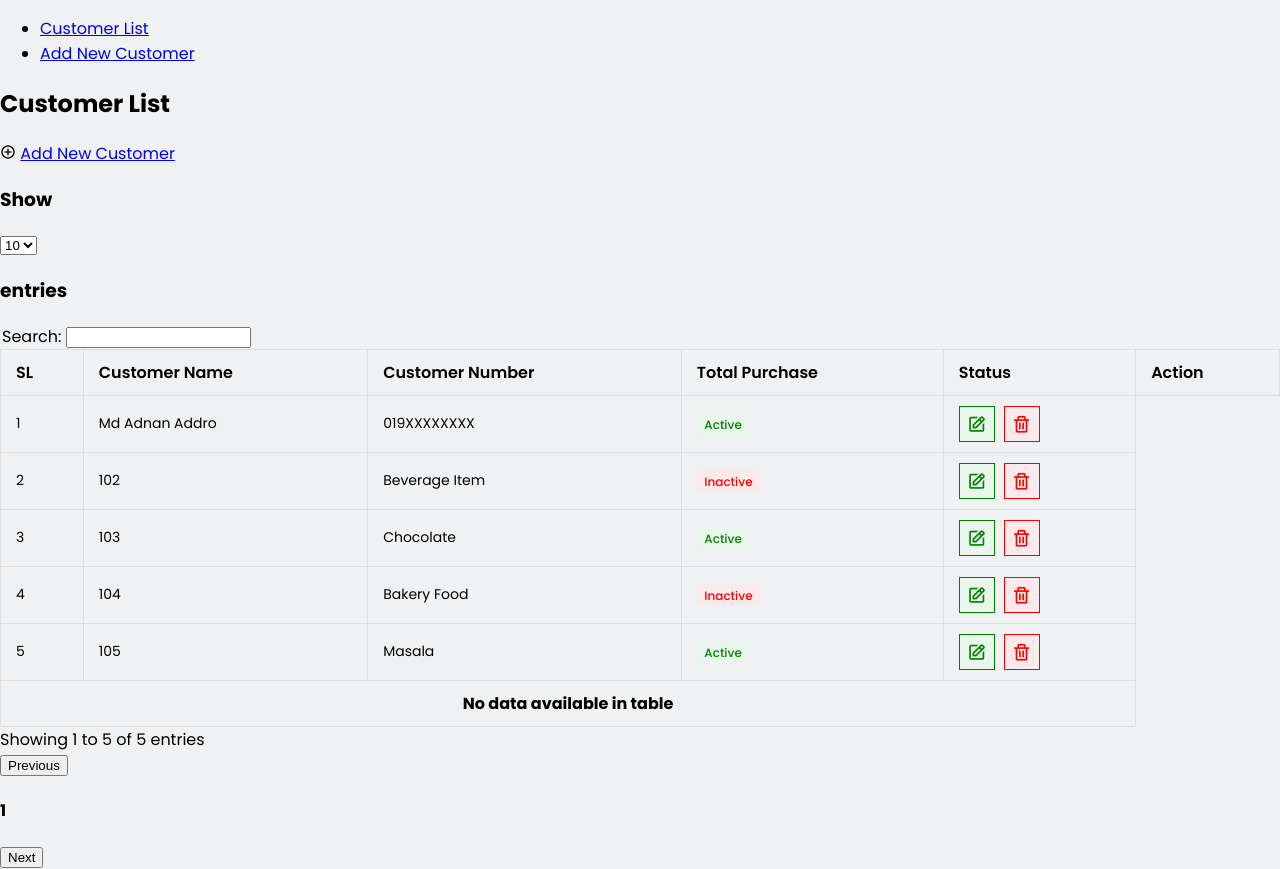
Repository: codebyaddro/customer-page
Page: customer.html
The author's editor kept a copy of each file at every save. The page is drawn from the files as they stood at one save, then again after a run of saves.
The browser window is 1280 px wide. The pictures show the whole page.

Above is the page before, as saved 2025-02-20 13:57:35.

### customer.html
<!DOCTYPE html>
<html lang="en">
<head>
    <meta charset="UTF-8">
    <meta name="viewport" content="width=device-width, initial-scale=1.0">
    <!-- CSS -->
    <link rel="stylesheet" href="css/customer.css">
    <!-- Icons -->
    <link href='https://unpkg.com/boxicons@2.1.4/css/boxicons.min.css' rel='stylesheet'>
    <title>Customer - Page</title>
</head>
<body>
    <div class="cba-customer-container">
        <div class="cba-cusc-top-menus">
            <ul>
                <li><a href="/index.html" class="-cba-cusc-active-menu">Customer List</a></li>
                <li><a href="/inner-pages/html/anc.html" class="cba-cusc-light-up">Add New Customer</a></li>
            </ul>
        </div>
        <div class="cba-cusc-list-container">
            <div class="cba-cusc-heading-add-new-btn">
                <div class="cba-cusc-heading">
                    <h2>Customer List</h2>
                </div>
                <div class="cba-cusc-add-new-btn">
                    <i class='cba-cusc-add-icon bx bx-plus-circle'></i>
                    <a href="/inner-pages/html/anc.html">Add New Customer</a>
                </div>
            </div>
            <div class="cba-cusc-list-short-dpdwn-search-box">
                <div class="cba-cusc-list-short-dpdwn">
                    <h3>Show</h3>
                    <select name="10" id="">
                        <option value="">10</option>
                        <option value="">20</option>
                        <option value="">30</option>
                        <option value="">All</option>
                    </select>
                    <h3>entries</h3>
                </div>
                <div class="cba-cusc-search-box">
                    <legend>Search: <input type="text"></legend>
                </div>
            </div>
            <div class="cba-cusc-table-list">
                <table>
                    <thead>
                        <tr>
                            <th title="SL">SL</th>
                            <th title="Code">Customer Name</th>
                            <th title="Category Name">Customer Number</th>
                            <th title="Status">Total Purchase</th>
                            <th title="Status">Status</th>
                            <th title="Action">Action</th>
                        </tr>
                    </thead>
                    <tbody>
                        <tr>
                            <td>1</td>
                            <td>Md Adnan Addro</td>
                            <td>019XXXXXXXX</td>
                            <td><span class="active">Active</span></td>
                            <td>
                                <a title="Edit" href="#"><i class='edit-icon bx bx-edit'></i></a>
                                <a title="Delete" href="#"><i class='delete-icon bx bx-trash'></i></a>
                            </td>
                        </tr>
                        <tr>
                            <td>2</td>
                            <td>102</td>
                            <td>Beverage Item</td>
                            <td><span class="inactive">Inactive</span></td>
                            <td>
                                <a title="Edit" href="#"><i class='edit-icon bx bx-edit'></i></a>
                                <a title="Delete" href="#"><i class='delete-icon bx bx-trash'></i></a>
                            </td>
                        </tr>
                        <tr>
                            <td>3</td>
                            <td>103</td>
                            <td>Chocolate</td>
                            <td><span class="active">Active</span></td>
                            <td>
                                <a title="Edit" href="#"><i class='edit-icon bx bx-edit'></i></a>
                                <a title="Delete" href="#"><i class='delete-icon bx bx-trash'></i></a>
                            </td>
                        </tr>
                        <tr>
                            <td>4</td>
                            <td>104</td>
                            <td>Bakery Food</td>
                            <td><span class="inactive">Inactive</span></td>
                            <td>
                                <a title="Edit" href="#"><i class='edit-icon bx bx-edit'></i></a>
                                <a title="Delete" href="#"><i class='delete-icon bx bx-trash'></i></a>
                            </td>
                        </tr>
                        <tr>
                            <td>5</td>
                            <td>105</td>
                            <td>Masala</td>
                            <td><span class="active">Active</span></td>
                            <td>
                                <a title="Edit" href="#"><i class='edit-icon bx bx-edit'></i></a>
                                <a title="Delete" href="#"><i class='delete-icon bx bx-trash'></i></a>
                            </td>
                        </tr>
                        <tr class="cba-cusc-no-data-available">
                            <th colspan="5">No data available in table</th>
                        </tr>
                    </tbody>
                </table>
            </div>
            <div class="cba-cusc-entries-details-list-page-btn">
                <div class="cba-cusc-entries-details">
                    Showing <span>1</span> to <span>5</span> of <span>5</span> entries
                </div>
                <div class="cba-cusc-list-page-btn">
                    <button>Previous</button>
                    <h4><span>1</span></h4>
                    <button>Next</button>
                </div>
            </div>
        </div>
    </div>
</body>
</html>

### css/customer.css
/* -- fonts -- */
@import url('https://fonts.googleapis.com/css2?family=Poppins:ital,wght@0,100;0,200;0,300;0,400;0,500;0,600;0,700;0,800;0,900;1,100;1,200;1,300;1,400;1,500;1,600;1,700;1,800;1,900&family=Raleway:ital,wght@0,100..900;1,100..900&family=Roboto:ital,wght@0,100;0,300;0,400;0,500;0,700;0,900;1,100;1,300;1,400;1,500;1,700;1,900&family=VT323&display=swap');

/* -- root -- */

:root {
    --gray-white: #F0F1F2; /* For body*/
    --white: #FFFFFF;
    --black: #000000;
    --gray-black: #DDDDDD;
    --light-black: #212523;
    --light-black-op: #21252350;
    --main-green: #157343;
    --main-light: #37A000;
    --light-orange: #FD7E14;
    --green: #008000;
    --light-green: #e9f6ec;
    --red: #FF0000;
    --light-red: #fbeaec;
}

/* ---------- */

* {
    box-sizing: border-box;
}

body {
    margin: 0;
    padding: 0;
    font-family: "Poppins", serif;
    background-color: var(--gray-white);
}

::selection {
    color: var(--white);
    background-color: var(--main-light);
}

/* -- category container style -- */

.category-container {
    width: 100%;
    margin-top: 25px;
}

/* -- top menus style--  */

.top-menus {
    background-color: var(--white);
    display: flex;
    justify-content: left;
    align-items: center;
    height: 60px;
    margin-bottom: 15px;
}

.top-menus ul {
    list-style-type: none;
    display: flex;
    gap: 30px;
    margin-left: -20px;
}

.top-menus ul li a {
    text-decoration: none;
    color: var(--black);
    font-size: 15px;
    font-weight: 500;
}

/* -- active menu style -- */

.active-menu {
    color: var(--white)!important;
    background-color: var(--main-green);
    padding: 8px 12px;
    border-radius: 5px;
}

/* -- menu hover style -- */

.light-up:hover {
    color: var(--light-orange);
}

/* -- list container style -- */

.list-container {
    background-color: var(--white);
    padding: 0px 20px;
}

/* -- heading-add-new-btn style -- */

.heading-add-new-btn {
    display: flex;
    justify-content: space-between;
    align-items: center;
    border-bottom: 1px solid var(--gray-black) ;
}

.heading h2 {
    color: var(--light-black);
    font-size: 25px;
    font-weight: 500;
}

/* -- add-new-btn style -- */

.add-new-btn {
    display: flex;
    gap: 5px;
    justify-content: baseline;
    align-items: center;
}

.add-new-btn {
    background-color: var(--main-green);
    padding: 5px 10px;
    border-radius: 5px;
}

.add-new-btn a {
    color: var(--white);
    text-decoration: none;
}

.add-icon {
    color: var(--white);
    font-size: 20px;
}

/* -- list-short-dpdwn-search-box style -- */

.list-short-dpdwn-search-box {
    display: flex;
    justify-content: space-between;
    align-items: center;
    padding: 10px 0px;
}

/* -- list-short-dpdwn style -- */

.list-short-dpdwn {
    display: flex;
    gap: 7.5px;
    align-items: center;
}

.list-short-dpdwn h3 {
    color: var(--light-black);
    font-size: 15px;
    font-weight: 500;
}

.list-short-dpdwn select {
    color: var(--light-black);
    appearance: none;
    height: 25px;
    width: 30px;
    padding-left: 6px;
    outline: none;
    border-radius: 2.5px;
}

/* -- search-box style -- */

.search-box {
    display: flex;
    align-items: center;
}

.search-box legend {
    color: var(--light-black);
}

.search-box input {
    outline: none;
    height: 25px;
    width: 193px;
    border: 1px solid var(--gray-black);
}

/* -- table-list style --*/

table {
    border-collapse: collapse;
    width: 100%;
}

@media (max-width: 768px) {
    table {
        width: 100%;
        padding: 0rem;
        display: block;
        overflow-x: scroll;
        overflow-y: hidden;
        scrollbar-width: thin;
        scrollbar-color: var(--black);
    }
}

/* -- thead style -- */

thead {
    cursor: pointer;
}

th, td {
    border: 1px solid var(--gray-black);
    padding: 10px 15px;
}

thead tr th {
    font-size: 1rem;
    font-weight: 600;
    text-align: left;
}

tbody tr td {
    font-size: 0.875rem;
}

tbody tr:hover {
    background-color: var(--gray-white);
}

/* -- tbody style -- */

/* status style */

.active {
    color: var(--green);
    background-color: var(--light-green);
    font-size: 12px;
    font-weight: 500;
    padding: 2.5px 7.5px;
    border-radius: 5px;
}

.inactive {
    color: var(--red);
    background-color: var(--light-red);
    font-size: 12px;
    font-weight: 500;
    padding: 2.5px 7.5px;
    border-radius: 5px;
}

/* -- action style -- */

.edit-icon {
    color: var(--green);
    background-color: var(--light-green);
    padding: 7px 7px;
    margin-right: 2.5px;
    border: 1px solid var(--green);
    font-size: 20px;
}

.edit-icon:hover {
    background-color: var(--light-black-op);
}

.delete-icon {
    color: var(--red);
    background-color: var(--light-red);
    padding: 7px 7px;
    margin-left: 2.5px;
    border: 1px solid var(--red);
    font-size: 20px;
}

.delete-icon:hover {
    background-color: var(--light-black-op);
}

/* -- no data style */

.no-data-available th {
    font-size: 14px;
    font-weight:500;
    color: var(--black);
    background-color: var(--gray-white);
}

/* -- entries-details-list-page-btn style -- */

.entries-details-list-page-btn {
    display: flex;
    justify-content: space-between;
    align-items: center;
    padding: 10px 0px;
}

.entries-details {
    color: var(--black);
    font-size: 15px;
}

.list-page-btn {
    display: flex;
    gap: 5px;
    align-items: center;
}

.list-page-btn button {
    color: var(--light-black);
    background-color: var(--gray-white);
    padding: 8px 14px;
    border: none;
    border-radius: 5px;
    cursor: pointer;
}

.list-page-btn h4 {
    color: var(--white);
    background-color: var(--main-light);
    font-size: 15px;
    font-weight: 400;
    padding: 3px 12px;
    border-radius: 5px;
}

After the next 2 saves:
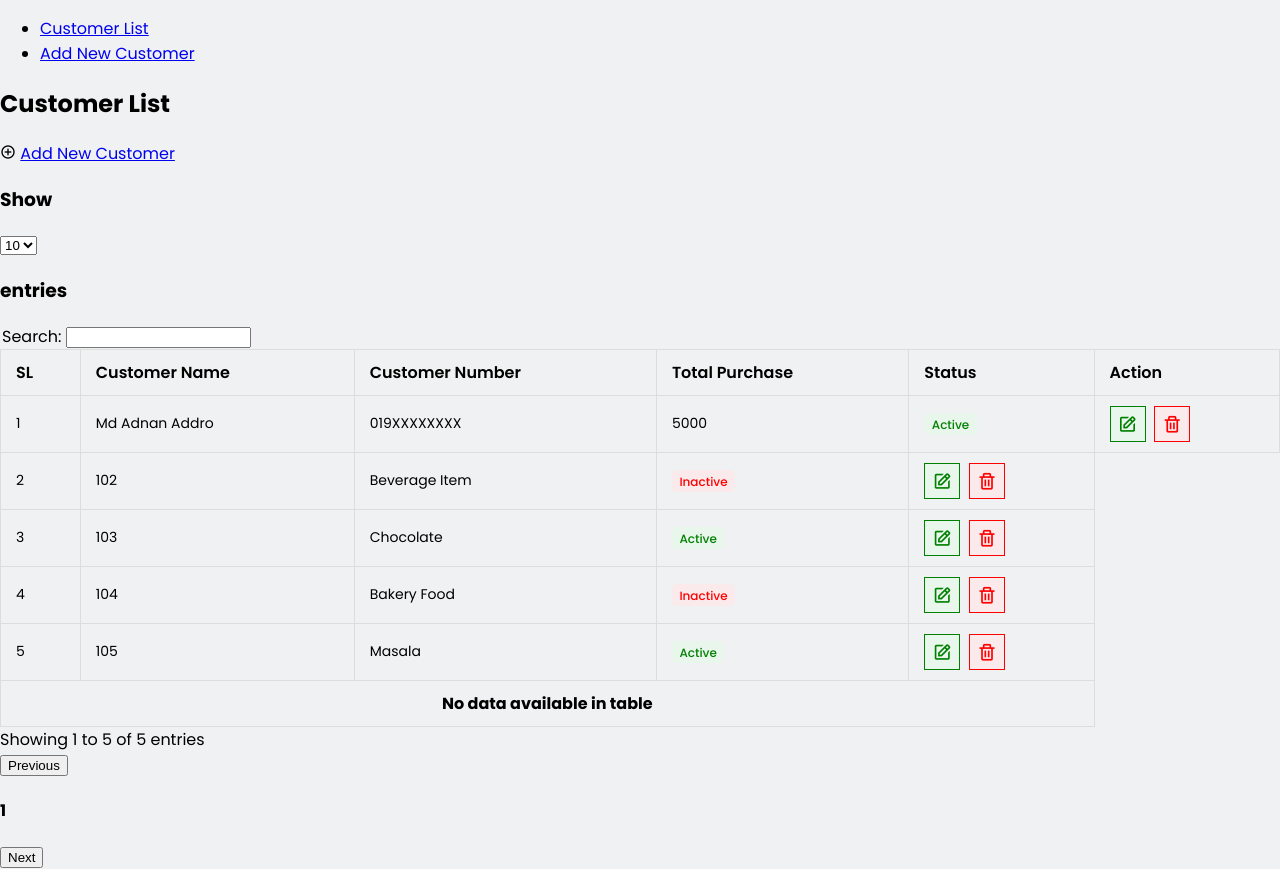
The 2 saves are shown as one change because they came seconds apart.
The last was saved 10 s later.
--- a/customer.html
+++ b/customer.html
@@ -59,6 +59,7 @@
                             <td>1</td>
                             <td>Md Adnan Addro</td>
                             <td>019XXXXXXXX</td>
+                            <td>5000</td>
                             <td><span class="active">Active</span></td>
                             <td>
                                 <a title="Edit" href="#"><i class='edit-icon bx bx-edit'></i></a>
